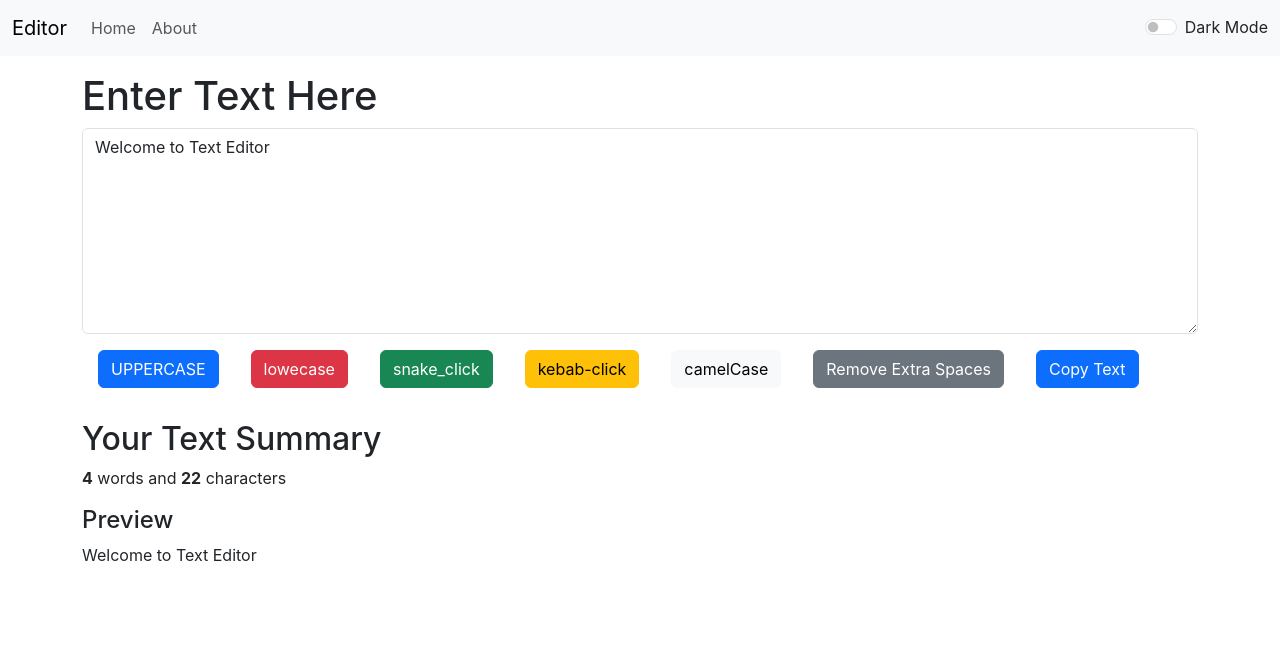
Repository: Shubham-tawar/Text-editor
Page: /
The author's editor kept a copy of each file at every save. The page is drawn from the files as they stood at one save, then again after a run of saves.
The browser window is 1280 px wide. The pictures show the whole page.
The project was rebuilt for these pictures with package versions that can differ from the ones it lists, and the page was loaded fresh each time. Also part of the build but not shown: src/App.css, src/components/About.js.

Above is the page before, as saved 2025-07-12 11:18:04.

### public/index.html
<!DOCTYPE html>
<html lang="en">
  <head>
    <meta charset="utf-8" />
    <link rel="icon" href="%PUBLIC_URL%/favicon.ico" />
    <meta name="viewport" content="width=device-width, initial-scale=1" />
    <meta name="theme-color" content="#000000" />
    <meta
      name="description"
      content="Web site created using create-react-app"
    />
    <link rel="apple-touch-icon" href="%PUBLIC_URL%/logo192.png" />
    <!--
      manifest.json provides metadata used when your web app is installed on a
      user's mobile device or desktop. See https://developers.google.com/web/fundamentals/web-app-manifest/
    -->
    <link rel="manifest" href="%PUBLIC_URL%/manifest.json" />
    <!--
      Notice the use of %PUBLIC_URL% in the tags above.
      It will be replaced with the URL of the `public` folder during the build.
      Only files inside the `public` folder can be referenced from the HTML.

      Unlike "/favicon.ico" or "favicon.ico", "%PUBLIC_URL%/favicon.ico" will
      work correctly both with client-side routing and a non-root public URL.
      Learn how to configure a non-root public URL by running `npm run build`.
    -->
    <link href="https://cdn.jsdelivr.net/npm/bootstrap@5.3.7/dist/css/bootstrap.min.css" rel="stylesheet" integrity="sha384-LN+7fdVzj6u52u30Kp6M/trliBMCMKTyK833zpbD+pXdCLuTusPj697FH4R/5mcr" crossorigin="anonymous">
    <title>React App</title>
  </head>
  <body>
    <noscript>You need to enable JavaScript to run this app.</noscript>
    <div id="root"></div>
    <!--
      This HTML file is a template.
      If you open it directly in the browser, you will see an empty page.

      You can add webfonts, meta tags, or analytics to this file.
      The build step will place the bundled scripts into the <body> tag.

      To begin the development, run `npm start` or `yarn start`.
      To create a production bundle, use `npm run build` or `yarn build`.
    -->
    <script src="https://cdn.jsdelivr.net/npm/bootstrap@5.3.7/dist/js/bootstrap.bundle.min.js" integrity="sha384-ndDqU0Gzau9qJ1lfW4pNLlhNTkCfHzAVBReH9diLvGRem5+R9g2FzA8ZGN954O5Q" crossorigin="anonymous"></script>
  </body>
</html>

### src/App.js
import "./App.css";
import { BrowserRouter as Router,Routes,Route,Link } from 'react-router-dom';
import Navbar from "./components/Navbar";
import Textform from "./components/Textform";
import React, { useState } from "react";
import About from "./components/About";

function App() {
  const [mode, setMode] = useState("light");
  const toggleMode = () => {
    const textBox = document.getElementById("textBox");
    const buttons = document.getElementsByClassName("btn");

    if (mode === "light") {
      setMode("dark");
      document.body.style.backgroundColor = "#343a40";
      document.body.style.color = "#b6c2cf";
      document.body.style.transition = "background-color 0.5s ease";
      document.title = "Text Editor - Dark Mode";
      if (textBox) {
        textBox.style.backgroundColor = "#495057";
        textBox.style.color = "#f8f9fa";
        textBox.style.transition =
          "background-color 0.5s ease, color 0.5s ease";
      }

      for (let i = 0; i < buttons.length; i++) {
        buttons[i].style.backgroundColor = "#6c757d";
        buttons[i].style.color = "#f8f9fa";
        buttons[i].style.transition =
          "background-color 0.5s ease, color 0.5s ease";
        buttons[i].style.borderColor = "#6c757d"; // Optional: Change border color for better visibility
      }
    } else {
      setMode("light");
      document.body.style.backgroundColor = "white";
      document.body.style.color = "black";
      document.title = "Text Editor - Light Mode";
      document.body.style.transition = "background-color 0.5s ease";

      if (textBox) {
        textBox.style.backgroundColor = "white";
        textBox.style.color = "black";
      }

      for (let i = 0; i < buttons.length; i++) {
        buttons[i].style.backgroundColor = ""; // or a light color
        buttons[i].style.color = "black";
      }
    }
  };

  return (
    <>
    <Router>
      <Navbar
        title="Editor"

        mode={mode}
        toggleMode={toggleMode}
      />

      <div>
        <Routes>
          <Route exact path="/" element={<Textform heading="Enter Text Here" />} />
          <Route exact path="/about" element={<About />} />

        </Routes>
      </div>
    </Router>

    </>
  );
}

export default App;

### src/components/Navbar.js
import React from 'react'
import PropTypes from 'prop-types'
import { Link } from 'react-router-dom'
export default function Navbar(props) {
  return (
    <>
    <nav className={`navbar navbar-expand-lg navbar-${props.mode} bg-${props.mode}`}>
        <div className="container-fluid">
            <a className="navbar-brand" href="/">{props.title}</a>
            <button className="navbar-toggler" type="button" data-toggle="collapse" data-target="#navbarSupportedContent" aria-controls="navbarSupportedContent" aria-expanded="false" aria-label="Toggle navigation">
                <span className="navbar-toggler-icon"></span>
            </button>

            <div className="collapse navbar-collapse" id="navbarSupportedContent">
                <ul className="navbar-nav mr-auto">
                    <li className="nav-item active">
                        <Link className="nav-link" to="/">Home <span className="sr-only"></span></Link>
                    </li>
                    <li className="nav-item">
                        <Link className="nav-link" to="/about">About</Link>
                    </li>


                </ul>

            </div>
            <div class="form-check form-switch">
                <input class="form-check-input" type="checkbox" onClick={props.toggleMode} role="switch" id="switchCheckDefault" />
                <label class="form-check-label" for="switchCheckDefault">Dark Mode</label>
            </div>
        </div>

    </nav>
    </>
  )
}

Navbar.propTypes = {
    title: PropTypes.string,
    aboutText: PropTypes.string
}

### src/components/Textform.js
import React, {useState} from 'react'
import PropTypes from 'prop-types'


export default function Textform(props) {
    const [text, setText] = useState("Welcome to Text Editor");

    function handleUpClick(){
        console.log("Uppercase was clicked");
        let newText = text.toUpperCase();
        setText(newText);
    }

    function handleLowClick(){
        console.log("Lowercase was clicked");
        let newText = text.toLowerCase();
        setText(newText);
    }
    function handleSnakeClick(){
        console.log("Snake Case was clicked");
        let newText = text.replace(/\s+/g, '_').toLowerCase();
        setText(newText);
    }
    function handleKebabClick(){
        console.log("Kebab Case was clicked");
        let newText = text.replace(/_/g, '-').toLowerCase();
        setText(newText);
    }

    function handleCamelClick(){
        console.log("Camel Case was clicked");
         let newText = text
            .toLowerCase()
            .split(' ')
            .map((word, index) => {
                if (index === 0) return word; // Keep the first word in lowercase
                return word.charAt(0).toUpperCase() + word.slice(1); // Capitalize the first letter of subsequent words
            })
            .join('');
            setText(newText);
            /*
            let newText = text.toLowerCase();
            // Split the text into words and capitalize the first letter of each word except the first one
            let words = newText.split(' ');
            for (let i = 1; i < words.length; i++) {
                words[i] = words[i].charAt(0).toUpperCase() + words[i].slice(1);
            }
            newText = words.join('');
            setText(newText); */
    }

    const handleExtraSpaces = () =>{
        let newText = text.split(/[ ]+/).join(' '); // This will remove extra spaces
        setText(newText);
    }
    function handleOnChange(event){  // able to change teh text in the textarea
        setText(event.target.value);
    }

    function handleCopy() {
        navigator.clipboard.writeText(text)
            .then(() => {
                console.log("Text copied successfully!");
            })
            .catch((error) => {
                console.error("Failed to copy text: ", error);
            });
    }
    return (
        <>
        <form className='container my-3'>

            <div className="form-group">
                <h1>{props.heading}</h1>
                <textarea className="form-control" id="textBox" onChange={handleOnChange} rows="8" value={text} placeholder='Text Area'></textarea>
            </div>
            <button type='button' className="btn btn-primary m-3" onClick={handleUpClick}>UPPERCASE</button>
            <button type='button' className="btn btn-danger m-3" onClick={handleLowClick}>lowecase</button>
            <button type='button' className="btn btn-success m-3" onClick={handleSnakeClick}>snake_click</button>
            <button type='button' className="btn btn-warning m-3" onClick={handleKebabClick}>kebab-click</button>
            <button type='button' className="btn btn-light m-3" onClick={handleCamelClick}>camelCase</button>
            <button type='button' className="btn btn-secondary m-3" onClick={handleExtraSpaces}>Remove Extra Spaces</button>
            <button type='button' className="btn btn-primary m-3" onClick={handleCopy}>Copy Text</button>
        </form>
        <div className="container">
            <h2>Your Text Summary</h2>
            <p><b>{text.split(' ').filter((element)=>{return element.length!==0} ).length}</b> words and <b>{text.length}</b> characters</p>
            <h4>Preview</h4>
            <p>{text.length > 0 ? text : "Enter something in the text area to preview it here"}</p>
        </div>

        </>
    )
}

Textform.propTypes = {
    heading: PropTypes.string
}

Textform.defaultProps = {
    heading: "Enter Text Here"
}

Loaded but not shown: src/index.js (common file); src/index.css (common file); src/reportWebVitals.js (common file)

After the next 6 saves:
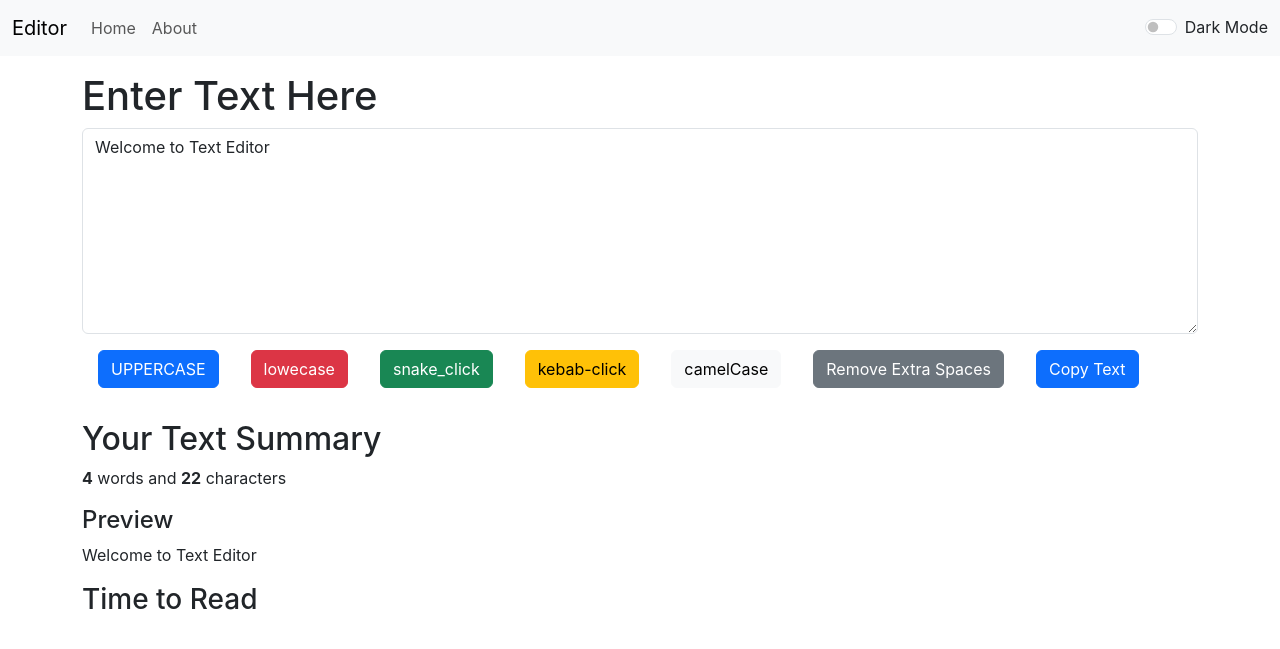
The 6 saves are shown as one change because they came seconds apart.
The last was saved 4 min 35 s later.
--- a/src/components/Textform.js
+++ b/src/components/Textform.js
@@ -87,6 +87,8 @@ export default function Textform(props) {
             <p><b>{text.split(' ').filter((element)=>{return element.length!==0} ).length}</b> words and <b>{text.length}</b> characters</p>
             <h4>Preview</h4>
             <p>{text.length > 0 ? text : "Enter something in the text area to preview it here"}</p>
+            <h3>Time to Read</h3>
+            <p></p>
         </div>
 
         </>
